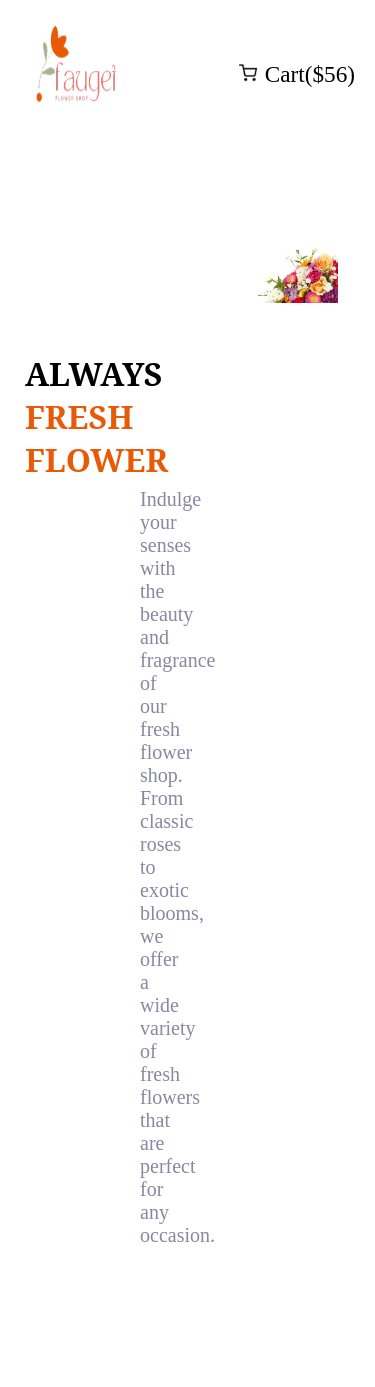
Repository: dollyrakhe22/Flowers-main-website
Page: index.html
An editor plug-in stored every save of this project. The page is shown before and after the next save, followed by the edit.
The browser window is 375 px wide. The pictures show the whole page.
Some web libraries are served in a nearby version.

Above is the page before, as saved 2025-07-25 02:34:03.

### index.html
<!DOCTYPE html>
<html lang="en">
<head>
    <meta charset="UTF-8">
    <meta name="viewport" content="width=device-width, initial-scale=1.0">
    <title>Flowers Site</title>
    <link rel="stylesheet" href="style.css">
    <link rel="stylesheet" href="https://cdnjs.cloudflare.com/ajax/libs/font-awesome/7.0.0/css/all.min.css" integrity="sha512-DxV+EoADOkOygM4IR9yXP8Sb2qwgidEmeqAEmDKIOfPRQZOWbXCzLC6vjbZyy0vPisbH2SyW27+ddLVCN+OMzQ==" crossorigin="anonymous" referrerpolicy="no-referrer" />
</head>
<body >
  <!--Header-Section -->
    <header>
           <nav class="nav-bar display-flex">
                <img src="assets/logo.png" alt="" srcset="">

                   <ul class="list-link display-flex ">

                <li class="list-item text-black ">Home</li>
                <li class="list-item text-gray">Shop</li>
                <li class="list-item text-gray">About us</li>
                <li class="shopping"><img src="assets/shopping-cart (1).jpg"id="shopping-card" alt="" srcset=""width="15px" height="15px">Cart($56)</li>
             </ul>
           </nav>
           </header>
   <main>
  <!--Fresh Flowers-->
   <!---->
 <section class="flower-section display-flex" hidden>
  <div class="fresh-flower">
   <h1 class="flower-title noto-serif-normal">ALWAYS <span class="primary-color">FRESH<br> FLOWER</span></h1>
   <p class="flower-description text-gray">Indulge your senses with the beauty and fragrance of our fresh flower shop. From classic roses to exotic blooms,
     we offer a wide variety of fresh flowers that are perfect for any occasion. </p>
  </div>
  <div class="flower-img">
    <img src="assets/hero-flower.png" alt="" srcset="">
  </div>

 </section>
 <!--Plants--
<section class="plants-section" hidden>

    <h1 class="plant-title noto-serif-normal"><span class="primary-color">Our</span> Plants</h1>
    <p class="plant-description text-gray">Indulge your senses with the beauty
      and fragrance  of our fresh flower shop. <span style="display: block;"> From classic roses to exotic blooms,a wide variety of fresh.</span>
     </p>
</section>
<!--Plant-Card-Container--
<section hidden>
<div class="card-container">
  <div class="plant-card">
    <img src="assets/sample-flower-image.png" alt="" srcset="">
    <h4 class="lily">Lilly Blossom</h4>
    <p class="price">20 USD</p>
    <button class="btn">ADD TO CART</button>
  </div>
  <div class="plant-card">
    <img src="assets/sample-flower-image.png" alt="" srcset="">
    <h3 class="lily">Lilly Blossom</h3>
    <p class="price">20 USD</p>
    <button class="btn">ADD TO CART</button>
  </div>
  <div class="plant-card">
    <img src="assets/sample-flower-image.png" alt="" srcset="">
    <h3 class="lily">Lilly Blossom</h3>
    <p class="price">20 USD</p>
    <button class="btn">ADD TO CART</button>
  </div>
  <div class="plant-card">
    <img src="assets/sample-flower-image.png" alt="" srcset="">
    <h3 class="lily">Lilly Blossom</h3>
    <p class="price">20 USD</p>
    <button class="btn">ADD TO CART</button>
  </div>

<div class="plant-card">
    <img src="assets/sample-flower-image.png" alt="" srcset="">
    <h3 class="lily">Lilly Blossom</h3>
    <p class="price">20 USD</p>
    <button class="btn">ADD TO CART</button>
  </div>
  <div class="plant-card">
    <img src="assets/sample-flower-image.png" alt="" srcset="">
    <h3 class="lily">Lilly Blossom</h3>
    <p class="price">20 USD</p>
    <button class="btn">ADD TO CART</button>
  </div>
  <div class="plant-card">
    <img src="assets/sample-flower-image.png" alt="" srcset="">
    <h3 class="lily">Lilly Blossom</h3>
    <p class="price">20 USD</p>
    <button class="btn">ADD TO CART</button>
  </div>
  <div class="plant-card">
    <img src="assets/sample-flower-image.png" alt="" srcset="">
    <h3 class="lily">Lilly Blossom</h3>
    <p class="price">20 USD</p>
    <button class="btn">ADD TO CART</button>
  </div>

</div>
</section hidden>
<!--Flowers-Lovers--
<section class="flower-plant display-flex">
  <div class="badge-container">
    <img id="badge" src="assets/trusted-badge.png" alt="" srcset="" >
    <img src="assets/flower-store.png" alt="" srcset="">
  </div>
  <div class="plan-about">
    <h1 class="lover-title noto-serif-normal">Flowers and Plant Lovers</h1>
    <ul class="lover-description">
      <li class="text-gray">Indulge your senses with the beauty and fragrance of our fresh flower shop.
         From classic roses to exotic blooms, we offer a wide variety of fresh.</li>
      <li class="text-gray">Indulge your senses with the beauty and fragrance of our fresh flower shop.
         From classic roses to exotic blooms, we offer a wide variety of fresh.</li>
      <li class="text-gray">Indulge your senses with the beauty and fragrance of our fresh flower shop.
         From classic roses to exotic blooms, we offer a wide variety of fresh.</li>
    </ul>
  </div>
</section>
<!--Latest-Deals--
<section class="latest-section"  hidden>

    <h1 class="latest-title noto-serif-normal"><span class="primary-color">Latest</span> Deals</h1>
    <p class="latest-description text-gray">Indulge your senses with the beauty
      and fragrance  of our fresh flower shop. <span style="display: block;"> From classic roses to exotic blooms,a wide variety of fresh.</span>
     </p>
</section>
<!--Latest-Deals-Box--
 <section class ="latest-box" hidden>
  <div class="row">
    <div class="card" style="background-image:url(assets/deal-bloom.png) " style="background:#C8C8C8;">
        <div class="bloom-text">
          <h4 class="bloom noto-serif-normal">60% Off | Bloom Plant</h4>
         <a href="shop" class="shop">Shop Now</a>

        </div>
      </div>
    <div class="card" style="background-image:url(assets/deal-ana.png)" >
        <div class="bloom-text">
          <h4 class="bloom noto-serif-normal">60% Off | Bloom Plant</h4>
         <a href="shop" class="shop">Shop Now</a>
        </div>

      </div>
  </div>

  <div class="zabo" style="background-image: url(assets/deal-zabo.png);">
  <div class="zabo-text">
    <h1 class="zabo-title noto-serif-normal">25% Off | Zabo Plant</h1>
    <a href="shop" class="zabo-shop">shop Now</a>

  </div>



</div>

 </section>
<!--Search-Section--
<section hidden>
  <div class="branch">

      <h1 class="branch-title noto-serif-normal">Join the colorful Bunch</h1>
       <div class="wrapper">
      <div class="input-data display-flex">
    <input type="text" name="" id="" placeholder="Write email">

    <button class="search-button">Subscribe</button>

      </div>
  </div>
  </div>
</section>

<!--Footer --
<div class="footer display-flex" hidden>
<div class="footer-section">
 <img src="assets/logo.png" alt="" srcset="">
 <p class="text-gray footer-description">Indulge your senses with the
  <br>beauty and fragrance of our fresh <br>flower shop. </p>
</div class="display-flex">


<div class="footer-list">
  <ul>
   <li class="footer-link text-gray" >Home</li>
   <li class="footer-link text-gray">About us</li>
   <li class="footer-link text-gray">Blog</li>
   <li class="footer-link text-gray">FAQ</li>
   <li class="footer-link text-gray">Contact Us</li>

  </ul>
</div>
<div class="footer-list display-flex icon-list">
<div class=" list">
  <ul>
    <li class="footer-link text-gray">Feature</li>
    <li class="footer-link text-gray">Pricing</li>
    <li class="footer-link text-gray">Privacy Of Policy</li>
    <li class="footer-link text-gray">Terms Of Service</li>
    <li class="footer-link text-gray">Help Center</li>
  </ul>

      <span class="social-icon">
      <img src="assets/icon-linkedin.png" alt="" srcset="" width="30px" height="30px" >
    <img src="assets/icon-twitter.png" alt="" srcset=""  width="30px" height="30px" >
    <img src="assets/icon-facebook.png" alt="" srcset="" width="30px" height="30px" >
    <img src="assets/icon-youtube.png" alt="" srcset="" width="30px" height="30px">
      </span>
  </div>
















</div>



    </main>
    <footer>

    </footer>
</body>
</html>

### style.css
@import url('https://fonts.googleapis.com/css2?family=Noto+Serif:ital,wght@0,100..900;1,100..900&display=swap');

*{
    box-sizing: border-box;
    margin: 0;
    padding: 0;
}

.noto-serif-normal{
  font-family: "Noto Serif", serif;
  font-optical-sizing: auto;
  font-style: normal;

}
/*shared style*/
.display-flex{
    display: flex;
}
/*black*/
.text-black{
    color:#252432;
    font-weight: bold;
}
/*dark 02*/
.text-gray{
    color: #8987A1;
}
.primary-color{
    color:#E95A08;
}
/*navbar start*/
.nav-bar{
   justify-content: space-between;
   margin: 20px auto;
   max-width: 1250px;


}
.list-link{
    justify-items: center;
    justify-content: center;
    align-items: center;



}
nav ul li{
    list-style: none;
    margin-right: 30px;
}
#shopping-card{
    margin-right: 8px;
}
/*Fresh Flower*/
.fresh-flower{
    margin-top: 70px;
}
.flower-section{
    max-width: 100%;
   margin: 140px;
   gap: 10px;
}
.flower-title{
      font-size: 3.75rem;
}
.flower-description{
    font-size: 1.25rem;
    margin-top: 20px;
}
/*Plants*/
.plants-section{
  justify-items: center;

}
.plant-title{
    font-size: 2.18rem;
    font-weight: 700;
}
.plant-description{
    font-size: 1.25rem;
    margin-top: 15px;
   text-align: center;

}
/*Plant-Card-Container*/
.card-container{
    max-width: 1150px;
    margin: 45px auto;
    display: grid;
    grid-template-columns: repeat(4,1fr);
    gap: 5px;
}
.plant-card {
    align-items: center;
    justify-items: center;
}
.lily{
    font-size: 1rem;
    font-weight:200;
    margin-top: 10px;
}
.price{
    font-size: 1.06rem;
    font-weight: bold;
    margin-top: 10px;
}
.btn{
   background-color: #E95A08;
   color:white;
   width: 270px;
   height: 33px;
   border: none;
   margin-top: 16px;
   margin-bottom: 12px;
}
/*Flowers and Lover*/
#badge{
    width: 240px;
    height:240px;
    margin-left: 443px;
    margin-bottom: -122px;
    position: relative;

}
.badge-container{
    margin-top: -147px;
}




.flower-plant{
   max-width: 100%;
    margin: 170px 160px ;
     width: 1250px;

}
.plan-about{
    margin-left: -5px;
    width: 300px;
    margin-right: 268px;
    justify-content: center;
    justify-items: center;


}


.flower-plant img{
    width: 590px;
    height: 450px;
}
.lover-title{
    font-size: 50px;
    width: 470px;
    margin-top: -12px;
    margin-left: 124px;
}
.lover-description{
    font-size: 1.25rem;
    margin-top: 30px;
    margin: 21px;
    width: 400px;
}
.lover-description{
     margin-left: 118px;
}
/*latest-Deals*/
.latest-section{
  justify-items: center;


}
.latest-title{
    font-size: 2.18rem;
    font-weight: 700;
    margin-top: -75px;
}
.latest-description{
    font-size: 1.25rem;
    margin-top: 15px;
   text-align: center;

}

/*Latest-Deals-Box*/
.bloom{
    color: white;
    font-size: 1.2rem;

}
   a{
     color:white;
     font-size: 0.8rem;

}
/*
.zabo-font{
    color:white;
    padding: 180px;
    margin-left: 43px;

}
*/
.zabo-title{
    color: white;
    font-size: 2.06rem;
    font-weight: 700;

}
.card{
   background-repeat: no-repeat;


}
.card {
    text-align: center;
    justify-items: center;
    width: 360px;
    height:163px;
    margin-bottom: 19px;
    margin-left: -105px;
    border-radius: 10px;

}
.zabo {
     background-repeat: no-repeat;
     width: 750px;
     height: 345px;
     margin-left: 20px;
     border-radius: 10px;
}


.row{
   display: grid;
 grid-template-columns: repeat(1,1fr);


}
.zabo-text {
    padding: 180px;
    margin-top:-42px;

}
.zabo-shop{
    font-size: 2rem;
    margin-left:105px;
    font-weight: 800;
}
.bloom-text{
   padding: 65px;
}
.shop{
    font-size: 1.3rem;
    margin-left:10px;
}
.latest-box{
    display: flex;
    margin: 50px 267px;
    width: 1140%;
}
/*Search Section*/
.branch{
    background-image: url(assets/news-letter-bg.png);
    margin-bottom: 50px;
    width: 1490px;
    height:398px;
    background-size: cover;
    text-align: center;
    padding: 170px;

}
.input-data{
   justify-content: center;
}

.branch-title{
    font-size: 2.18rem;
    color: white;
}
.wrapper{
    padding: 22px;

}
.input-data{
    height: 39px;
}
input{
    width: 540px;
}
.search-button{
    background-color:#E95A08;
    color: white;
    border: none;
    width: 130px;
}
/*Footer*/
.footer{
   max-width: 100%;
   margin-bottom: 50px;

}
.footer-section{
    margin: 6px 80px;

}
.footer-description{
    font-size: 1.25rem;
    margin-top: 20px;
}
.footer-list{
    margin: 60px;
    margin-left: 100px;
}
.icon-list{
    display: flex ;
    justify-content: center;

}
.list{
         display: inline-flex;
         gap: 10px;

         margin-left: 110px;
}
.social-icon{
    margin-left: 120px;
}
.footer-list ul li{
       list-style: none;
}
.footer-link{
    line-height: 40px;
    font-size: 1.125rem;
}
.social-icon img{
    margin-right: 25px;
}



/*Responsive media query*/
/*Mobile device */
@media screen and (max-width:576px){
    .nav-bar{
        max-width: 100%;
        margin: 24px auto;
        margin-left: 36px;
    }
    nav img{
        width:80px;
        height: 80px;
    }
   .list-link{
     flex-direction: column;
     align-items: center;
   }
   .list-item{
    display: none;
   }
   .shopping{
       font-size: 1.45rem;
        margin-top: 25px;
        margin-right: 20px;
   }
   li img{
    width: 18px;
    height: 18px;

   }
   li{
       margin-bottom: 5px;
       margin-top: 50px;
   }
  .flower-section {
       flex-direction: column-reverse;

  }
  .flower-img img{
    max-width: 100%;
    width: 285px;
    margin-left:103px;

  }
  .flower-title{
    font-size:2rem;
    margin: -35px  0px  -13px -115px;
  }
  .flower-description{
    margin-right: 70px;
  }

















}

After the next save:
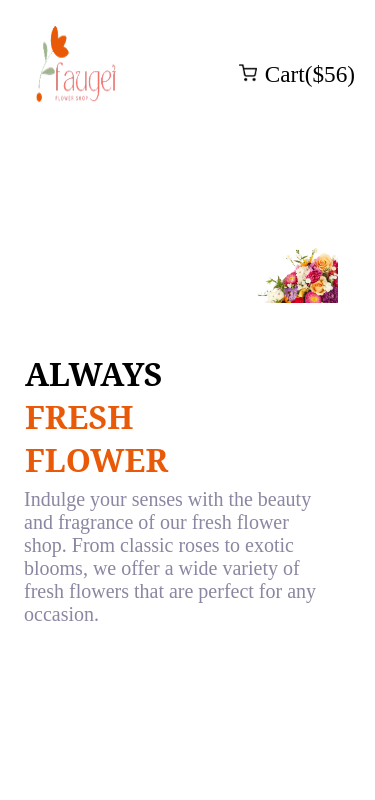
Saved 2 min 18 s later.
--- a/style.css
+++ b/style.css
@@ -388,7 +388,8 @@ input{
     margin: -35px  0px  -13px -115px;
   }
   .flower-description{
-    margin-right: 70px;
+    margin-right: -101px;
+    margin-left: -116px;
   }
 
 
